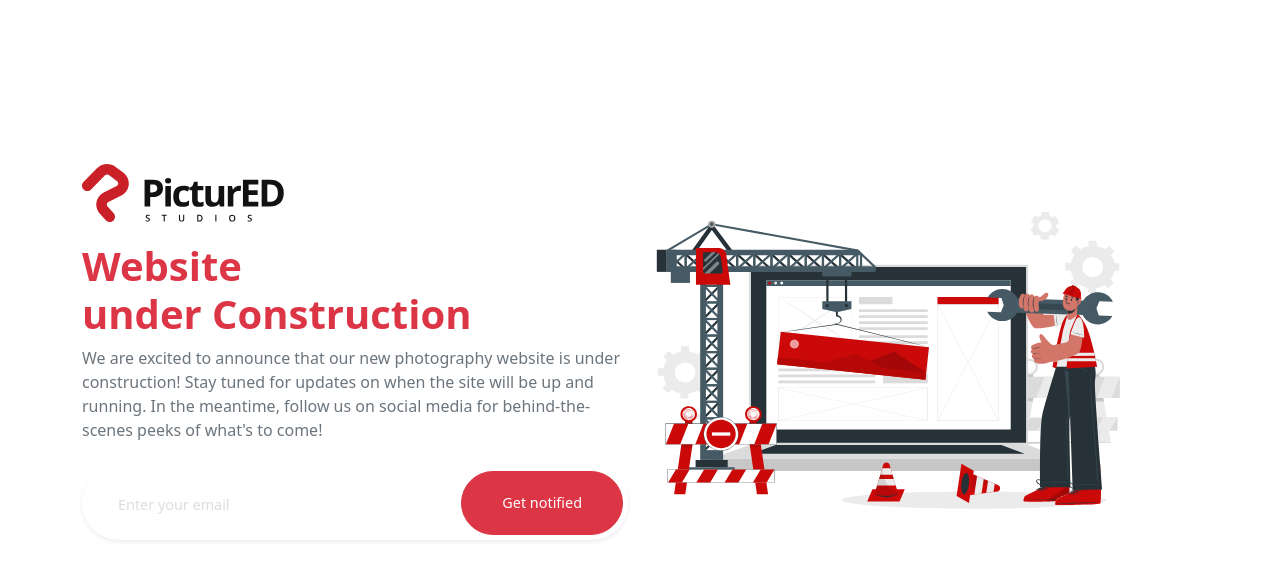
Repository: tHEO2k17/pictured
Page: /
The author's editor kept a copy of each file at every save. The page is drawn from the files as they stood at one save, then again after the next save.
The browser window is 1280 px wide. The pictures show the whole page.
The project was rebuilt for these pictures with package versions that can differ from the ones it lists, and the page was loaded fresh each time.

Above is the page before, as saved 2022-09-14 14:38:33.

### src/index.scss
@import '~bootstrap/scss/bootstrap.scss';

.input-group {
  // border: 1px solid #eee;
  border-radius: 50px;
  padding: 5px 5px 5px 20px;
}

.input-group > :not(:first-child):not(.dropdown-menu):not(.valid-tooltip):not(.valid-feedback):not(.invalid-tooltip):not(.invalid-feedback) {
  margin-left: 20px;
  border-radius: 50px;
  font-size: .9em;
  padding: 20px 40px 20px 40px ;
}

.form-control {
  border: unset;
}

.form-control:focus {
  background-color: #fff;
  border-color: unset;
  outline: 0;
  box-shadow: unset;
}

.form-control::placeholder { /* Chrome, Firefox, Opera, Safari 10.1+ */
  color: #ddd;
  font-size: .9rem;
  opacity: 1; /* Firefox */
}

.form-control:-ms-input-placeholder { /* Internet Explorer 10-11 */
  color: #ddd;
  font-size: .9rem;
}

.form-control::-ms-input-placeholder { /* Microsoft Edge */
  color: #ddd;
  font-size: .9rem;
}

### src/App.tsx
import React from "react";
import {
  Container,
  Col,
  Row,
  Image,
  InputGroup,
  Button,
  Form,
} from "react-bootstrap";
import logo from "./core/res/images/logo.svg";
import sideImage from "./core/res/images/side-image.svg";

function App() {
  return (
    <Container className="min-vh-100">
      <Row className="min-vh-100 align-items-center">
        <Col>
          <Image src={logo} />
          <h1 className="text-danger fw-bold mt-3">
            Website <br /> under Construction
          </h1>

          <p className="text-muted">
            We are excited to announce that our new photography website is under
            construction! Stay tuned for updates on when the site will be up and
            running. In the meantime, follow us on social media for
            behind-the-scenes peeks of what's to come!
          </p>

          <InputGroup size="lg" className="mt-4 mb-3 shadow-sm">
            <Form.Control
              placeholder="Enter your email"
              aria-label="Enter your email"
              aria-describedby="basic-addon2"
            />
            <Button variant="danger" id="button-addon2">
              Get notified
            </Button>
          </InputGroup>
        </Col>
        <Col className="d-none d-lg-block">
          <Image src={sideImage} />
        </Col>
      </Row>
    </Container>
  );
}

export default App;

Loaded but not shown: public/index.html (common file); src/index.tsx (common file)

After the next save:
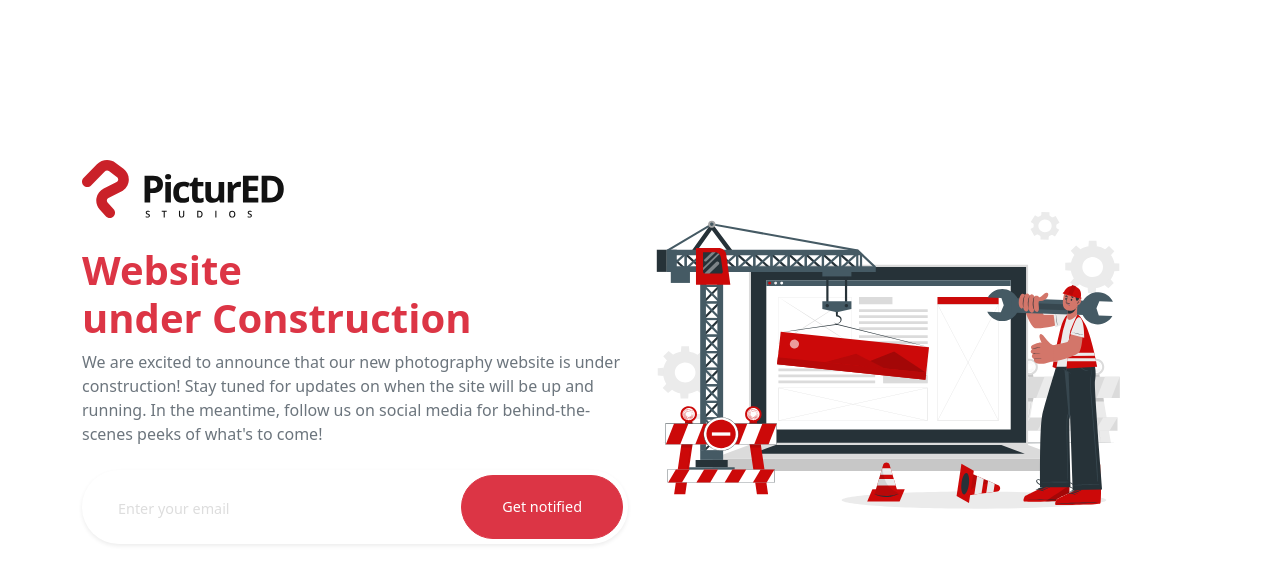
Saved 51 s later.
--- a/src/App.tsx
+++ b/src/App.tsx
@@ -17,7 +17,7 @@ function App() {
       <Row className="min-vh-100 align-items-center">
         <Col>
           <Image src={logo} />
-          <h1 className="text-danger fw-bold mt-3">
+          <h1 className="text-danger fw-bold mt-4">
             Website <br /> under Construction
           </h1>
 
